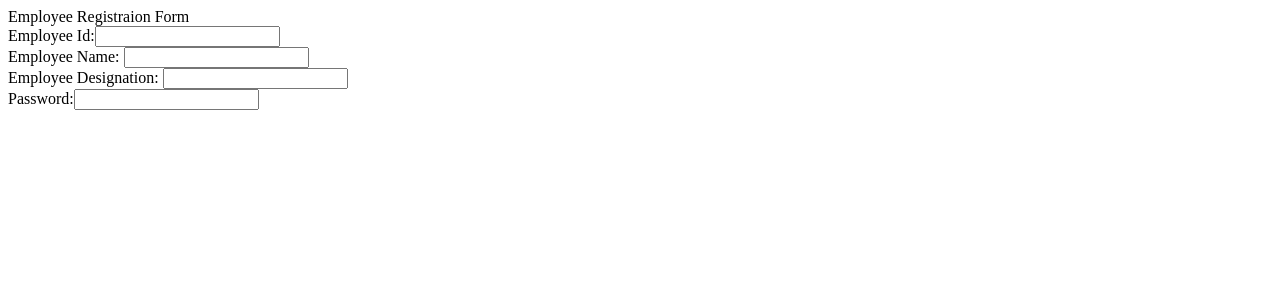
Repository: robin9533/Basic-Programs-App.
Page: GW-Genial Work Proj/GT_GenialToil/WebContent/EmployeeSignup.html
An editor plug-in stored every save of this project. The page is shown before and after the next save, followed by the edit.
The browser window is 1280 px wide. The pictures show the whole page.

Above is the page before, as saved 2019-05-10 06:13:19.

After the next save:
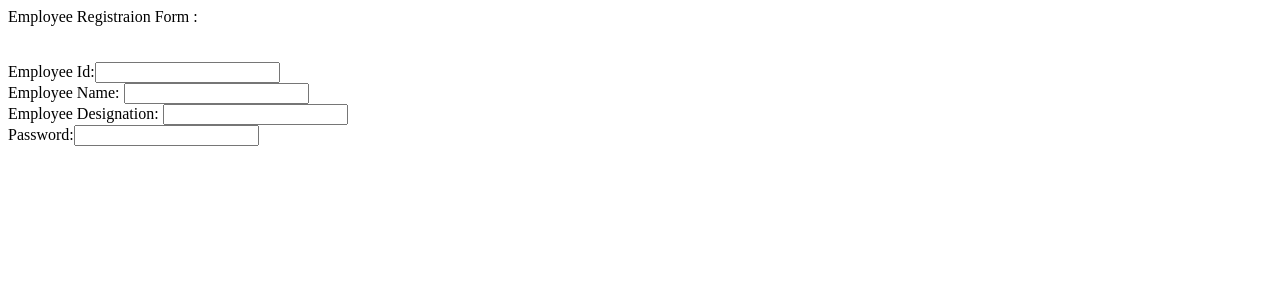
Saved 18 s later.
--- a/GW-Genial Work Proj/GT_GenialToil/WebContent/EmployeeSignup.html
+++ b/GW-Genial Work Proj/GT_GenialToil/WebContent/EmployeeSignup.html
@@ -3,9 +3,9 @@
 <head>
 <meta charset="ISO-8859-1">
 <title>Insert title here</title>
-</head> Employee Registraion Form
-<body>
-
+</head> Employee Registraion Form :
+<body><br><br>
+<br>
 <Form>
 Employee Id:<input type = "text"><br>
 Employee Name: <input type ="text"><br>
